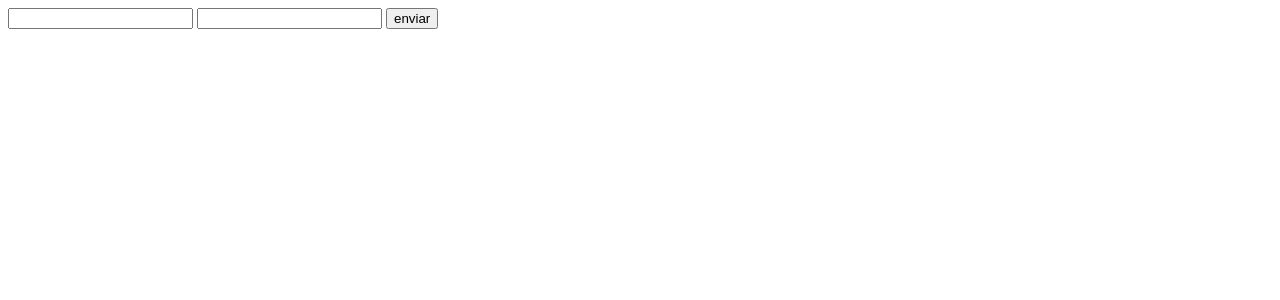
Repository: DaniloSanna/JavaEE
Page: http://localhost/Basic_HTML/
These files come from the project's save history. The page is drawn as it stood at one moment and after the next save; the edit follows.
The browser window is 1280 px wide. The pictures show the whole page.
The page is served by Tomcat 10. Other server files are loaded and not shown.

Above is the page before, as saved 2021-12-07 13:07:39.

### Basic_HTML/src/main/webapp/index.jsp
<%@ page language="java" contentType="text/html; charset=ISO-8859-1"
	pageEncoding="ISO-8859-1"%>
<!DOCTYPE html>
<html>
<head>
<meta charset="ISO-8859-1">
<title>Basic Java HTML</title>
</head>
<body>
	<form action="ServLetLogin" method="post">
		<input name="login" type="text">
		<input name="pass" type="password">
		<input type="submit" value="enviar">
	</form>

	<h4>${msg}</h4>
</body>
</html>

After the next save:
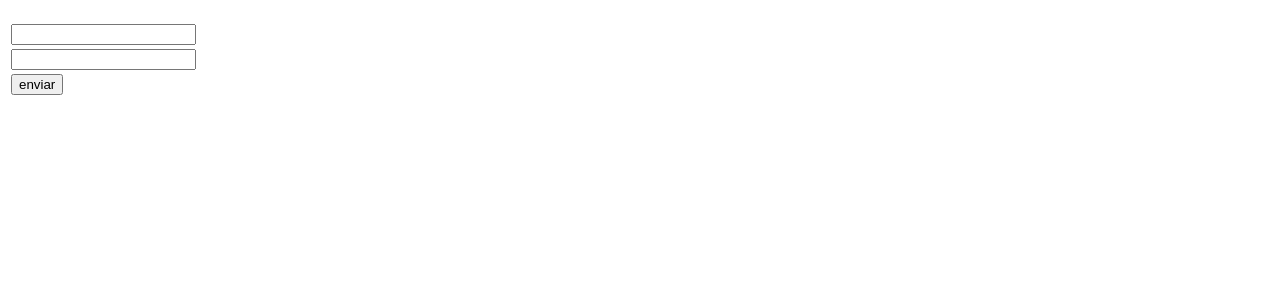
Saved 2 min 44 s later.
--- a/Basic_HTML/src/main/webapp/index.jsp
+++ b/Basic_HTML/src/main/webapp/index.jsp
@@ -7,12 +7,22 @@
 <title>Basic Java HTML</title>
 </head>
 <body>
-	<form action="ServLetLogin" method="post">
-		<input name="login" type="text">
-		<input name="pass" type="password">
-		<input type="submit" value="enviar">
-	</form>
 
+<form action="ServLetLogin" method="post">
+<table>
+
+<tr>
+	<td><input name="login" type="text"></td>
+</tr>
+<tr>
+	<td><input name="pass" type="password"></td>
+</tr>
+<tr>
+	<td><input type="submit" value="enviar"></td>
+</tr>
 	<h4>${msg}</h4>
+</table>
+</form>
+
 </body>
 </html>
